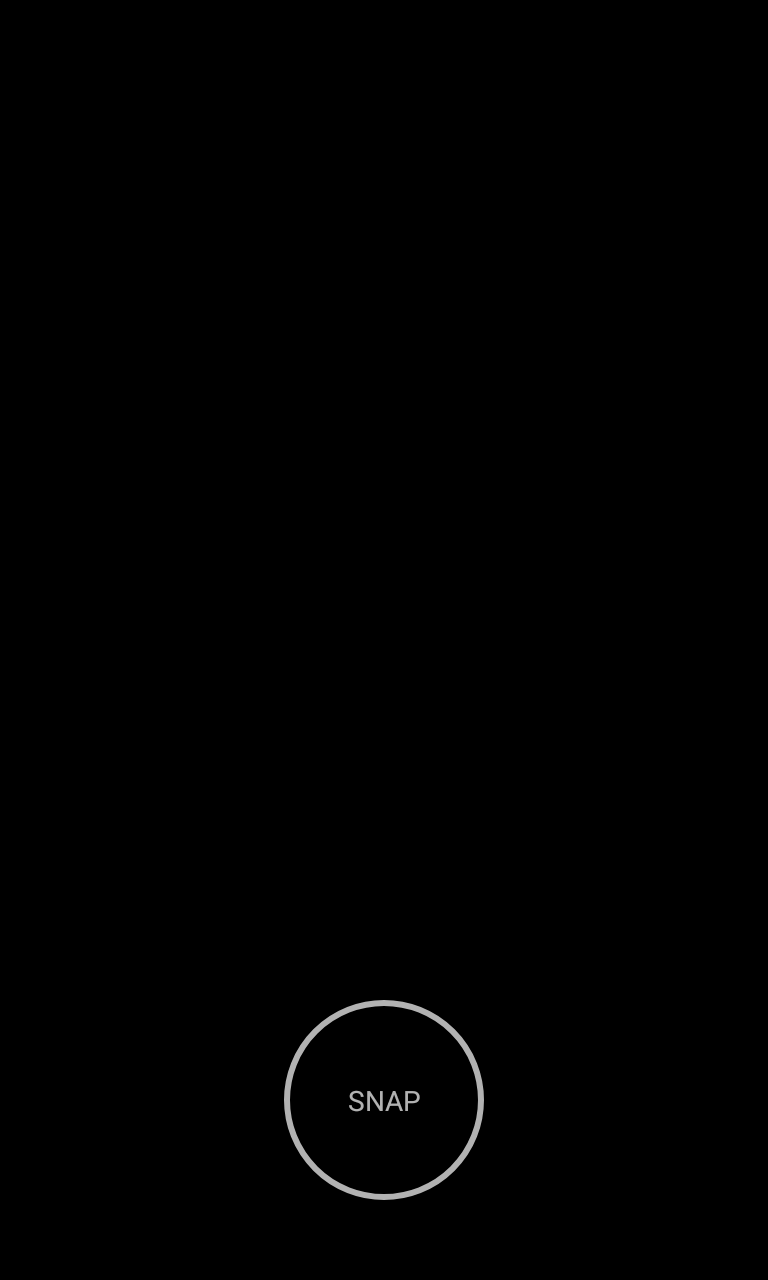
Repository: jellydiamonds/Proto
Layout: Android/CameraSafePreview/res/layout/preview.xml
These files come from the project's save history. The layout is drawn as it stood at one moment and after a run of saves; the edit follows.
It is drawn on a 768 x 1280 px phone screen (xhdpi) without system bars, with theme android:Theme.Black.NoTitleBar.Fullscreen; the app's code is not run.

Above is the layout before, as saved 2014-04-03 15:43:38.

After the next 2 saves:
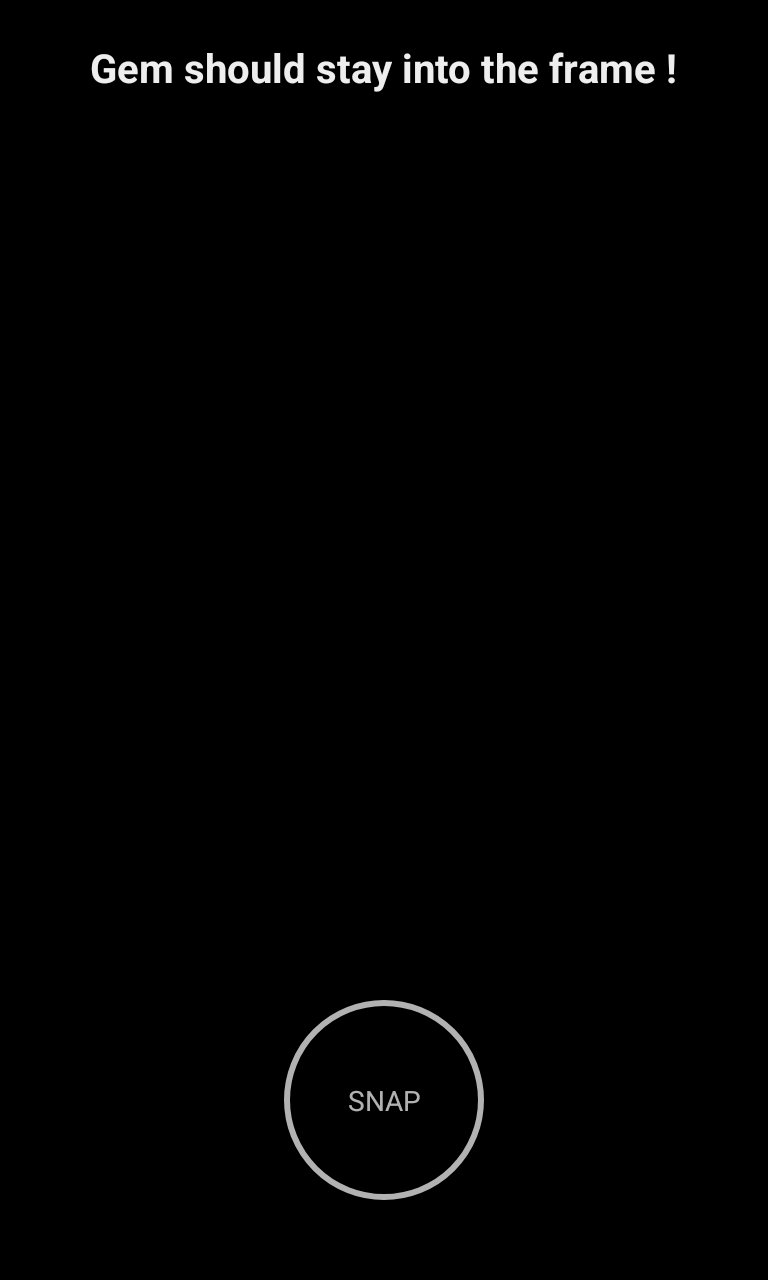
The 2 saves are shown as one change because 1 did not build or start.
The last was saved 85 s later.
--- a/Android/CameraSafePreview/res/layout/preview.xml
+++ b/Android/CameraSafePreview/res/layout/preview.xml
@@ -15,8 +15,8 @@
 		    		android:id="@+id/selection_layout"
 		    		layout="@layout/selection" />
 
-		<!-- <include
-					android:id="@+id/sensors_data_layout"
-					layout="@layout/sensors_data" /> -->
+		 <include
+					android:id="@+id/consign_layout"
+					layout="@layout/consigne" />
 
 </FrameLayout>
